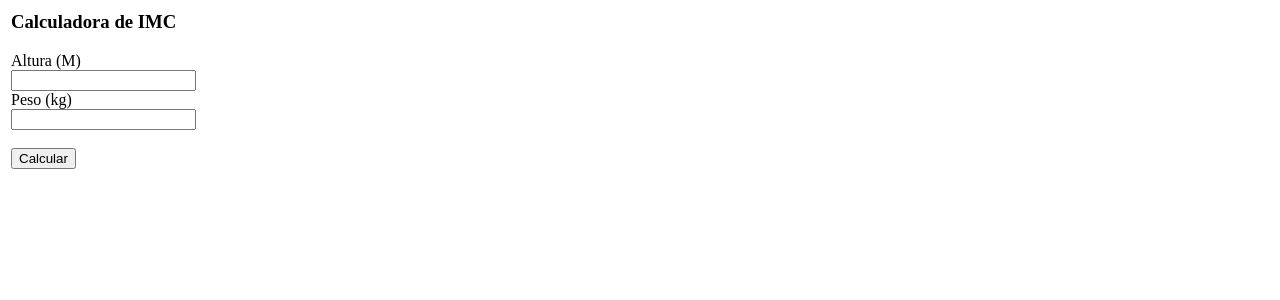
Repository: Patriciamativi/Projetos
Page: index.html
The author's editor kept a copy of each file at every save. The page is drawn from the files as they stood at one save, then again after a run of saves.
The browser window is 1280 px wide. The pictures show the whole page.

Above is the page before, as saved 2022-11-21 15:54:44.

After the next 3 saves:
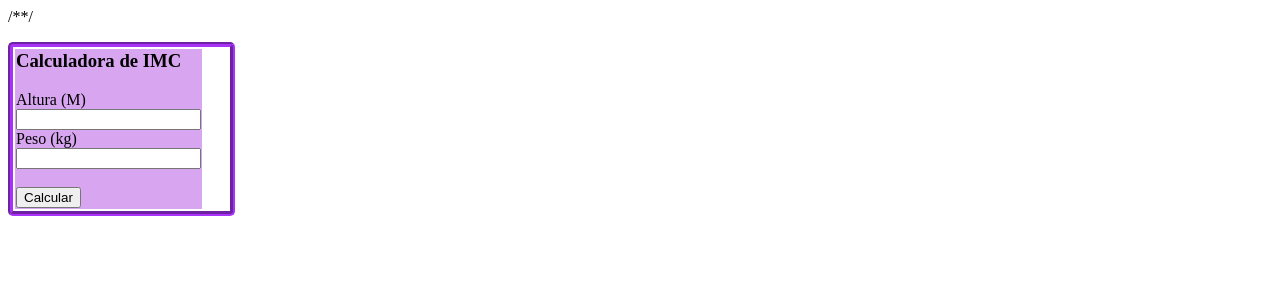
The 3 saves are shown as one change because they came seconds apart.
The last was saved 13 s later.
--- a/index.html
+++ b/index.html
@@ -3,9 +3,9 @@
         <title>Calculadora de IMC</title>
         <meta charset="utf-8"/>
 
-        <style type="text/css">
+        /*<style type="text/css">
 
-            /*p {
+            p {
                 border: 5px groove rgb(168, 50, 247);
                 border-radius: 5px;
                 width: 217px;
@@ -15,7 +15,7 @@
                 background-color: rgb(216, 166, 240);
             }
 
-        </style>
+        </style>*/
     </head>
    <p>
 <table border="0">
